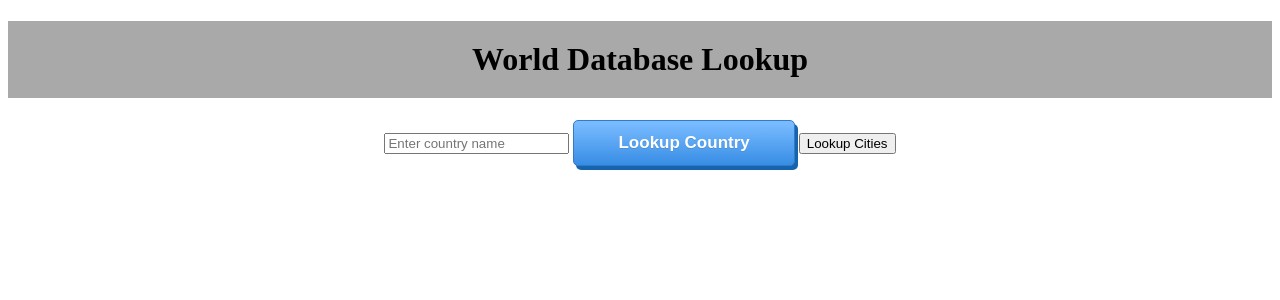
Repository: RomarioBennett/info2180-lab7
Page: index.html
The author's editor kept a record of every edit. The page is drawn from the files as they stood at one moment, then again after the next edit.
The browser window is 1280 px wide. The pictures show the whole page.

Above is the page before.

### index.html
<!DOCTYPE html>
<html>
	<head >
        <meta charset="utf-8">
		<title>World Database Lookup</title>

		<!-- you can modify this as needed or to your preference -->
		<link href="world.css" type="text/css" rel="stylesheet" />

		<!-- you write this -->
		<script src="world.js" type="text/javascript"></script>
	</head>

	<body>
		<header>
			<h1 class = "header">World Database Lookup</h1>
		</header>

		<main>
			<div id="controls" class = "bar">
				<label for="country" ></label>
				<input  id="country" type="search" name="country"  placeholder="Enter country name" />
				<button id="lookup" class ="lookupB">Lookup Country</button>
				<button id="lookupc" class= "lookupcB">Lookup Cities</button>
			</div>

			<div id="result">
				<!-- countries will appear here -->
			</div>

			<div id = "result1">
				<!--cities go here-->
			</div>
		</main>

	</body>
</html>

### world.css
/* Add your own styles */

.table1 {
  border: 1px solid #1C6EA4;
  background-color: #EEEEEE;
  width: 100%;
  text-align: left;
  border-collapse: collapse;
}

.table1 thead {
  background: #1C6EA4;
  background: -moz-linear-gradient(top, #5592bb 0%, #327cad 66%, #1C6EA4 100%);
  background: -webkit-linear-gradient(top, #5592bb 0%, #327cad 66%, #1C6EA4 100%);
  background: linear-gradient(to bottom, #5592bb 0%, #327cad 66%, #1C6EA4 100%);
  border-bottom: 2px solid #444444;
}
.table1 thead th {
  font-size: 15px;
  font-weight: bold;
  color: #FFFFFF;
  border-left: 2px solid #D0E4F5;
}
.table1 tr:nth-child(even) {
  background: #D0E4F5;
}


.header {
  background-color: #A9A9A9;
  padding: 20px;
  text-align: center;
}


.bar{
    text-align:center;
}

#main {
	width: 780px;

	margin: auto;
}






.table2 {
  border: 1px solid 	#4B0082;
  background-color: #EEEEEE;
  width: 100%;
  text-align: left;
  border-collapse: collapse;
}

.table2 thead {
  background: 	#8B008B;
  background: -moz-linear-gradient(top, #5592bb 0%, #327cad 66%, #1C6EA4 100%);
  background: -webkit-linear-gradient(top, #5592bb 0%, #327cad 66%, #1C6EA4 100%);
  background: linear-gradient(to bottom, #5592bb 0%, #327cad 66%, #1C6EA4 100%);
  border-bottom: 2px solid #444444;
}
.table2 thead th {
  font-size: 15px;
  font-weight: bold;
  color: #FFFFFF;
  border-left: 2px solid #8B008B;
}
.table2 tr:nth-child(even) {
  background: #DDA0DD;
}


.header {
  background-color: #A9A9A9;
  padding: 20px;
  text-align: center;
}


.bar{
    text-align:center;
}

#main {
	width: 780px;

	margin: auto;
}


.lookupB {
	box-shadow: 3px 4px 0px 0px #1564ad;
	background:linear-gradient(to bottom, #79bbff 5%, #378de5 100%);
	background-color:#79bbff;
	border-radius:5px;
	border:1px solid #337bc4;
	display:inline-block;
	cursor:pointer;
	color:#ffffff;
	font-family:Arial;
	font-size:17px;
	font-weight:bold;
	padding:12px 44px;
	text-decoration:none;
	text-shadow:0px 1px 0px #528ecc;
}
.lookupB:hover {
	background:linear-gradient(to bottom, #378de5 5%, #79bbff 100%);
	background-color:#378de5;
}

.lookupB:active {
	position:relative;
	top:1px;
}

<a href="#" class="myButton">blue</a>

.lookupcB {
	box-shadow: 3px 4px 0px 0px #6816ab;
	background:linear-gradient(to bottom, #b87aff 5%, #c739e3 100%);
	background-color:#b87aff;
	border-radius:5px;
	border:1px solid #a634c2;
	display:inline-block;
	cursor:pointer;
	color:#ffffff;
	font-family:Arial;
	font-size:17px;
	font-weight:bold;
	padding:12px 44px;
	text-decoration:none;
	text-shadow:0px 1px 0px #9654cc;
}
.myButton:hover {
	background:linear-gradient(to bottom, #c739e3 5%, #b87aff 100%);
	background-color:#c739e3;
}
.myButton:active {
	position:relative;
	top:1px;
}

### world.js
window.onload = function(){


    var xmlHttp;
    var xmlHttp1;
    var lookupBttn = document.getElementById("lookup");
    var lookupcBttn = document.getElementById("lookupc");
    var Result = document.getElementById("result");


    lookupBttn.addEventListener('click',function(e){
        e.preventDefault();



        var country = document.getElementById("country").value;

         //Create request object
        xmlHttp  = new XMLHttpRequest();

        url = 'world.php?country='+ country;
        //url = 'index.php?search=' + search;

        //Receive a request

        xmlHttp.onreadystatechange = Request;
        xmlHttp.open('GET', url);
        //xmlHttp.setRequestHeader('Content-Type', 'application/x-www-form-urlencoded');
        xmlHttp.send();

    });




    function Request(){
        if((xmlHttp.readyState === XMLHttpRequest.DONE) && (xmlHttp.status === 200))
        {

            //Output response
           //var response = xmlHttp.responseText;
           //alert(response);
           Result.innerHTML = xmlHttp.responseText;
        }

    }



     lookupcBttn.addEventListener('click',function(f){
        f.preventDefault();



        var country = document.getElementById("country").value;

         //Create request object
        xmlHttp1  = new XMLHttpRequest();

        //url =  'world.php?country='+country+'&context=cities';
        url = 'world.php?country='+country+'&context='+country;
        //url = 'world.php?comtext='+ city;
        //url = 'index.php?search=' + search;

        //Receive a request

        xmlHttp1.onreadystatechange = Request2;
        xmlHttp1.open('GET', url);
        //xmlHttp.setRequestHeader('Content-Type', 'application/x-www-form-urlencoded');
        xmlHttp1.send();

    });

     function Request2(){
        if((xmlHttp1.readyState === XMLHttpRequest.DONE) && (xmlHttp1.status === 200))
        {

            //Output response
           //var response = xmlHttp.responseText;
           //alert(response);
           Result.innerHTML = xmlHttp1.responseText;
        }

    }


};

After the next edit:
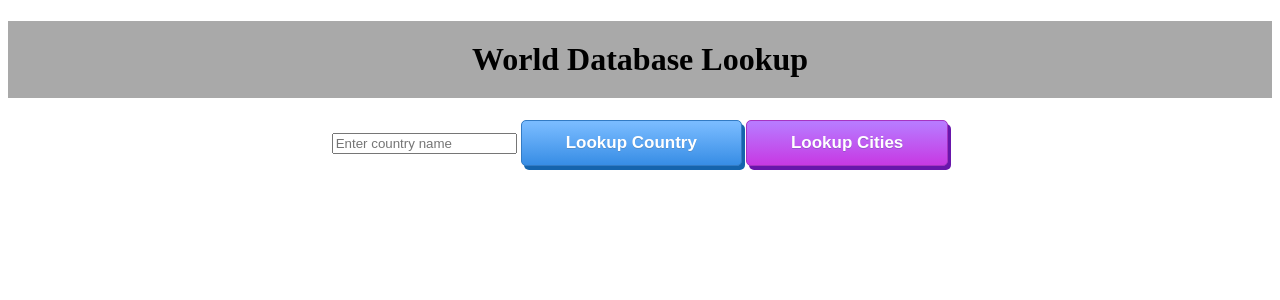
The edit:
--- a/world.css
+++ b/world.css
@@ -118,7 +118,7 @@
 	top:1px;
 }
 
-<a href="#" class="myButton">blue</a>
+
 
 .lookupcB {
 	box-shadow: 3px 4px 0px 0px #6816ab;
